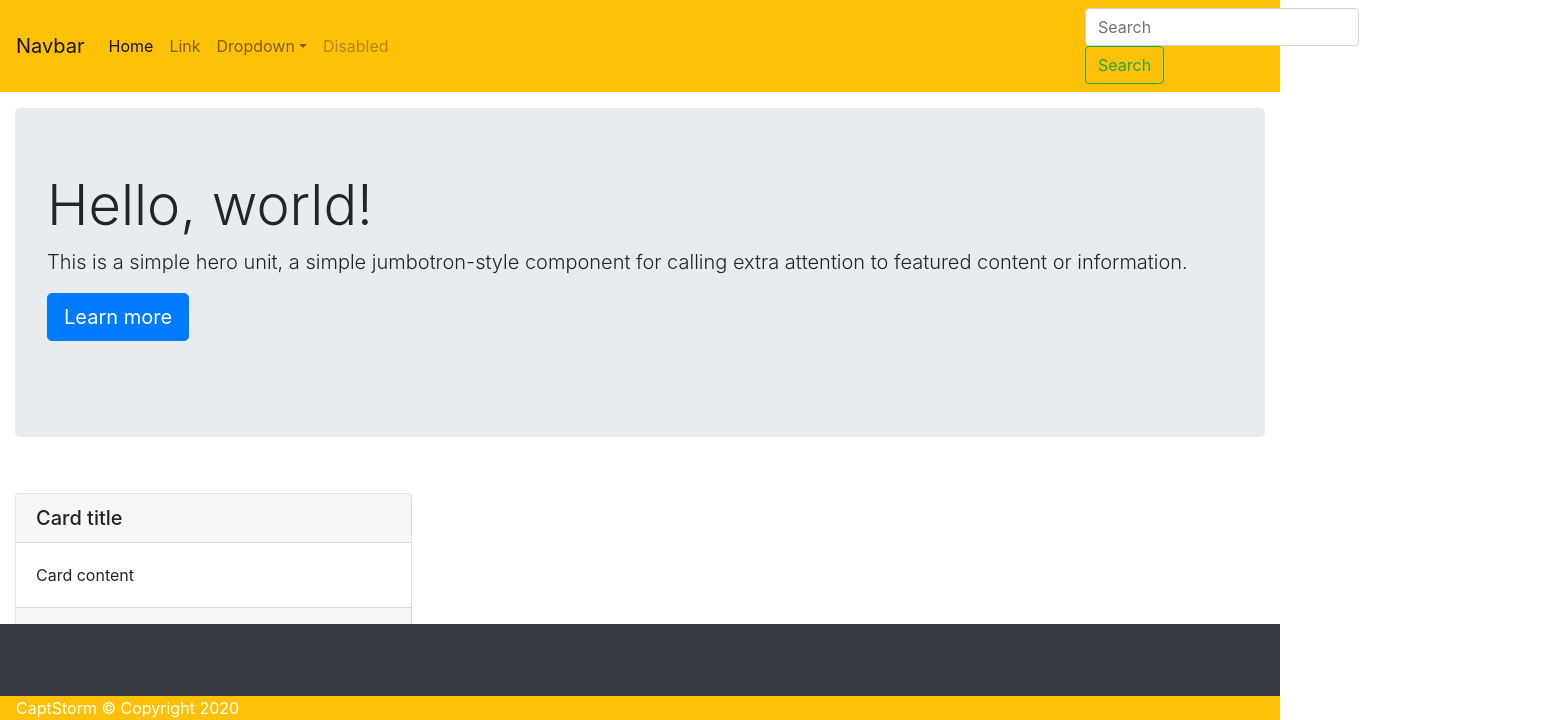
Repository: CaptainStorm21/complete-react16-bootstrap-passing-props
Page: /
An editor plug-in stored every save of this project. The page is shown before and after the next save, followed by the edit.
The browser window is 1280 px wide. The page is 1359 px wide, then 1560 px, so the pictures cover 1560 px, including what lies to the right of the window. The pictures show the whole page.
The project was rebuilt for these pictures with package versions that can differ from the ones it lists, and the page was loaded fresh each time.

Above is the page before, as saved 2020-04-23 14:23:47.

### public/index.html
<!DOCTYPE html>
<html lang="en">
<head>
  <title>Bootstrap Example</title>
  <meta charset="utf-8">
  <meta name="viewport" content="width=device-width, initial-scale=1">
  <link rel="stylesheet" href="https://maxcdn.bootstrapcdn.com/bootstrap/4.4.1/css/bootstrap.min.css">
  <script src="https://ajax.googleapis.com/ajax/libs/jquery/3.4.1/jquery.min.js"></script>
  <script src="https://cdnjs.cloudflare.com/ajax/libs/popper.js/1.16.0/umd/popper.min.js"></script>
  <script src="https://maxcdn.bootstrapcdn.com/bootstrap/4.4.1/js/bootstrap.min.js"></script>
</head>
<body>
<div id="root"></div>

</body>
</html>

### src/index.js
import React from 'react';
import ReactDOM from 'react-dom';
import './style.css';
import App from './App';
import * as serviceWorker from './serviceWorker';


ReactDOM.render(
  <React.StrictMode>
    <App />
  </React.StrictMode>,
  document.getElementById('root')
);

// If you want your app to work offline and load faster, you can change
// unregister() to register() below. Note this comes with some pitfalls.
// Learn more about service workers: https://bit.ly/CRA-PWA
serviceWorker.unregister();

### src/style.css




body {
  margin: 0;
  font-family: -apple-system, BlinkMacSystemFont, 'Segoe UI', 'Roboto', 'Oxygen',
    'Ubuntu', 'Cantarell', 'Fira Sans', 'Droid Sans', 'Helvetica Neue',
    sans-serif;
  -webkit-font-smoothing: antialiased;
  -moz-osx-font-smoothing: grayscale;
}

.footer {
  position: absolute;
  bottom: 0;
  width: 100%;
  height: 60px; /* Set the fixed height of the footer here */
  line-height: 60px; /* Vertically center the text there */
  background-color: purple;
}

### src/App.js
import React from "react";
import Main from "./components/Main";
import ContanerCard from "./components/ContainerCard";

import Header from "./components/layout/Header";
import Footer from "./components/layout/Footer";

function App() {
  return (
    <div>
      <Header />
      <div classNameName="container-fluid">
        <div className="col-lg-12 py-3">
          <Main />
        </div>
        <div className="container-fluid">
          <div className="row">
            <ContanerCard />
          </div>
        </div>
        <Footer />
      </div>
    </div>
  );
}

export default App;

### src/components/Main.js
import React from "react";

function Main() {
  return (
    <div className="jumbotron">
      <h1 className="display-4">Hello, world!</h1>
      <p className="lead">
        This is a simple hero unit, a simple jumbotron-style component for
        calling extra attention to featured content or information.
        <p className = "py-3">
        <a className="btn btn-primary btn-lg" href="#" role="button">
          Learn more
        </a>
        </p>
      </p>
    </div>
  );
}

export default Main;

### src/components/ContainerCard.js
import React from "react";

function ContainerCard() {
  return (
    <div className="col-md-4 col-lg-4 py-2">
    <div className="card">
      <h5 className="card-header">Card title</h5>
      <div className="card-body">
        <p className="card-text">Card content</p>
      </div>
      <div className="card-footer">Card footer</div>
    </div>
    </div>
  );
}

export default ContainerCard;

### src/components/layout/Header.js
import React from "react";
import Navbar from "./Navbar";

function Header() {
  return (
    <nav className="navbar navbar-expand-lg navbar-light bg-warning">
              <Navbar />
    </nav>
  );
}

export default Header;

### src/components/layout/Footer.js
import React from "react";

function Footer() {
  return (
    <footer className="bg-dark py-5 fixed-bottom ">
      <div className="container"></div>
      <div className="container-fluid">
        <div className="row bg-info">
        <div className="bg-warning fixed-bottom">
          <span className="p-3 text-white">
            CaptStorm &copy; Copyright 2020
          </span>
        </div>        </div>
      </div>
    </footer>
  );
}

export default Footer;

### src/components/layout/Navbar.js
import React from "react";
import "./Nav.css";

function Navbar() {
  return (
    <>
   <a className="navbar-brand" href="/">Navbar</a>
        <button className="navbar-toggler" type="button" data-toggle="collapse" data-target="#navbarSupportedContent" aria-controls="navbarSupportedContent" aria-expanded="false" aria-label="Toggle navigation">
          <span className="navbar-toggler-icon"></span>
        </button>

        <div className="collapse navbar-collapse" id="navbarSupportedContent">
          <ul className="navbar-nav mr-auto">
            <li className="nav-item active">
              <a className="nav-link" href="/">Home <span className="sr-only">(current)</span></a>
            </li>
            <li className="nav-item">
              <a className="nav-link" href="/">Link</a>
            </li>
            <li className="nav-item dropdown">
              <a className="nav-link dropdown-toggle" href="/" id="navbarDropdown" role="button" data-toggle="dropdown" aria-haspopup="true" aria-expanded="false">
                Dropdown
              </a>
              <div className="dropdown-menu" aria-labelledby="navbarDropdown">
                <a className="dropdown-item" href="/">Action</a>
                <a className="dropdown-item" href="/">Another action</a>
                <div className="dropdown-divider"></div>
                <a className="dropdown-item" href="/">Something else here</a>
              </div>
            </li>
            <li className="nav-item">
              <a className="nav-link disabled" href="/">Disabled</a>
            </li>
          </ul>
          <div className = "pull-right col-2">
          <form className="form-inline ">
            <input className="form-control " type="search" placeholder="Search" aria-label="Search" />
            <button className="btn btn-outline-success" type="submit">Search</button>
          </form></div>
        </div>
  </>
)
}

export default Navbar;



// <div class="row">
//     <div class="col-xs-12">
//         <div class="text-right">
//             <button type="button" class="btn btn-default">Default</button>
//         </div>
//     </div>
// </div>

### src/components/layout/Nav.css
@media (min-width: 768px) {
    .navbar-nav {
      width: 100%;
      text-align: center;
    }
    .navbar-nav > li {
      float: none;
      display: inline-block;
    }
    .navbar-nav > li.navbar-right {
      float: right !important;
    }
  }

Loaded but not shown: src/serviceWorker.js (common file)

After the next save:
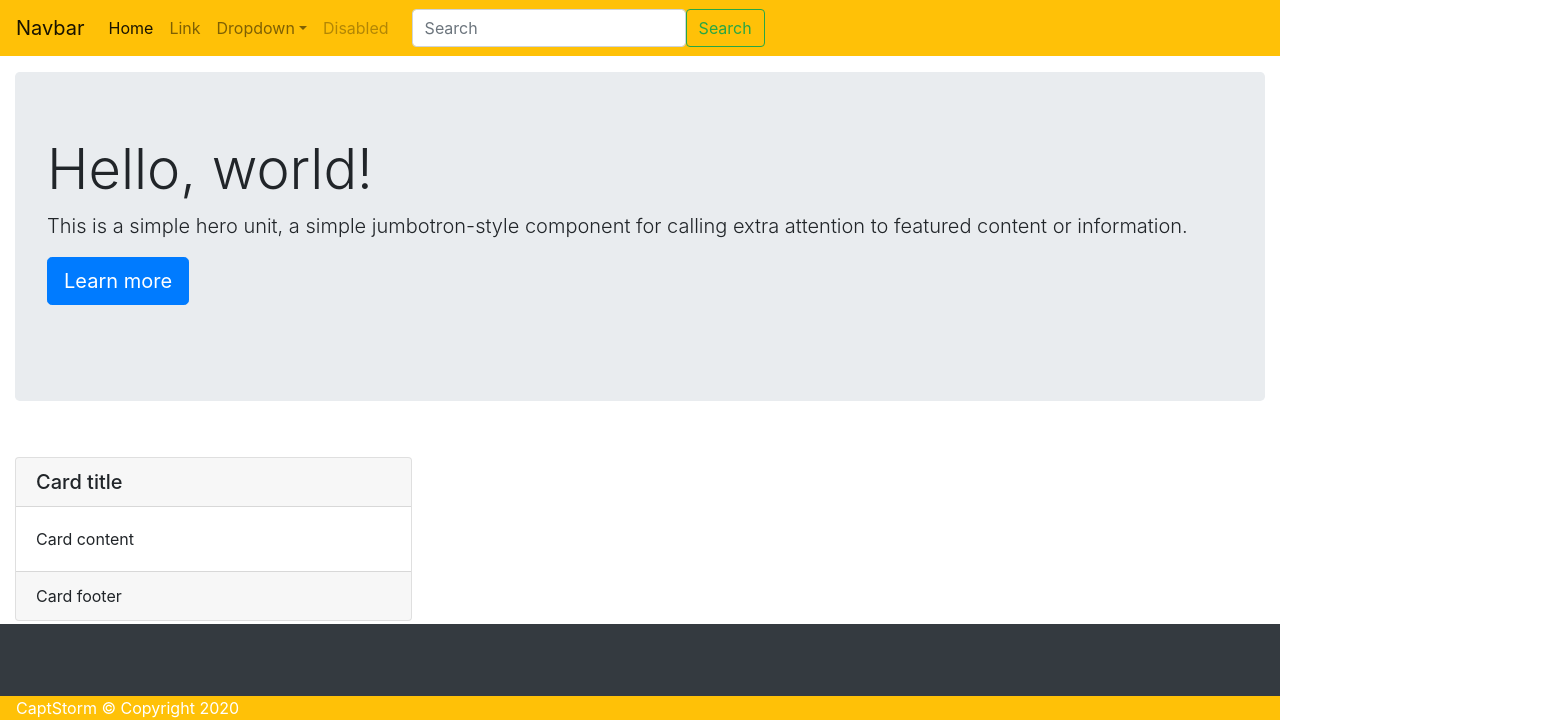
Saved 12 s later.
--- a/src/components/layout/Navbar.js
+++ b/src/components/layout/Navbar.js
@@ -32,7 +32,7 @@ function Navbar() {
               <a className="nav-link disabled" href="/">Disabled</a>
             </li>
           </ul>
-          <div className = "pull-right col-2">
+          <div className = "pull-right col-12">
           <form className="form-inline ">
             <input className="form-control " type="search" placeholder="Search" aria-label="Search" />
             <button className="btn btn-outline-success" type="submit">Search</button>
